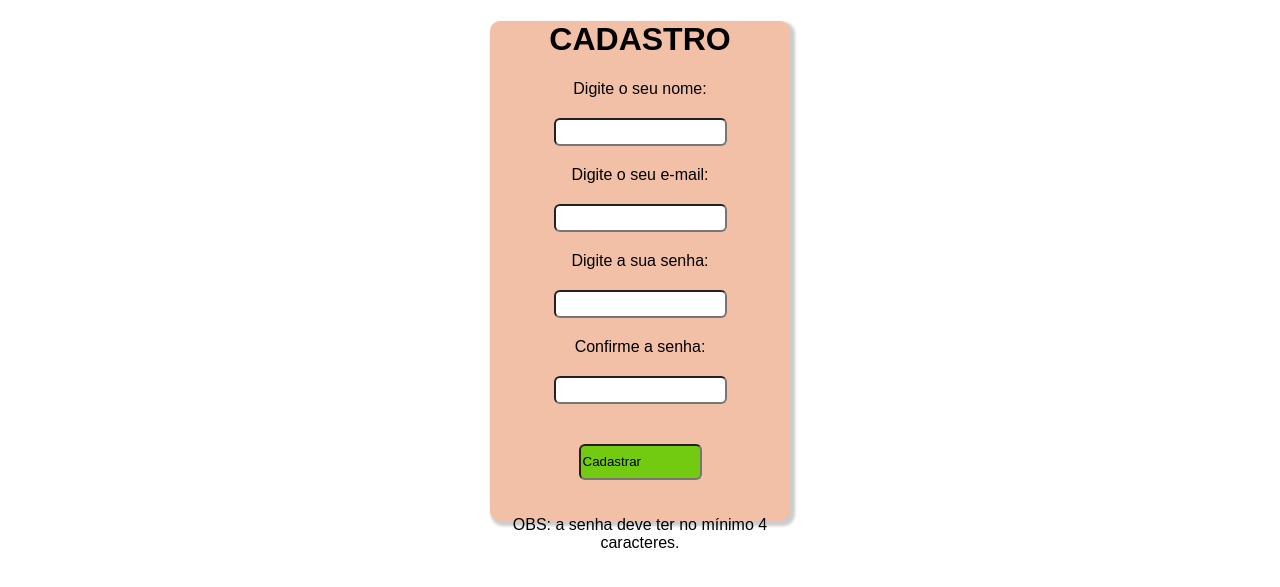
Repository: leviviana21/Java-web-login
Page: http://localhost/conexao_bd/dashboard.jsp
The author's editor kept a copy of each file at every save. The page is drawn from the files as they stood at one save, then again after the next save.
The browser window is 1280 px wide. The pictures show the whole page.
The page is served by Tomcat 9. Other server files are loaded and not shown.

Above is the page before, as saved 2025-06-20 16:59:28.

### conexao_bd/src/main/webapp/dashboard.jsp
<%@ page language="java" contentType="text/html; charset=UTF-8"
    pageEncoding="UTF-8"%>
<!DOCTYPE html>
<html>
<head>
<meta charset="UTF-8">
<title>Insert title here</title>
<link rel="stylesheet" href="style.css">
</head>
<body>

<div class="container">
	<form action="cadastro" method="post">
        <h1>CADASTRO</h1>
        <label>Digite o seu nome: </label>
        <input type="email" name="txtNomeCadastro" class="emailsenha" >
        <br>
        <label>Digite o seu e-mail: </label>
        <input type="email" name="txtEmail" class="emailsenha" >
        <br>
        <label>Digite a sua senha: </label>
        <input type="password" name="txtSenha" class="emailsenha" >
        <br>
        <label>Confirme a senha: </label>
        <input type="password" name="confirmar_Senha" class="emailsenha" >
        <br>
        <input value="Cadastrar" name="cadastro" class="botao-login">
        <p>OBS: a senha deve ter no mínimo 4 caracteres.</p>
        <%
			if(request.getAttribute("error") != null){
		%>
		<p class="aviso-erro"><% out.print(request.getAttribute("msg").toString()); %></p>
		<%
			}
		%>
    </form>
</div>
</body>
</html>

### conexao_bd/src/main/webapp/style.css
@charset "UTF-8";

form {
	text-align: center;
	font-family: arial;
}
.emailsenha {
	margin: 20px;
    border-radius: 6px;
    width: 165px;
    height: 22px;
}
.container {
	text-align: center;
	background-color: #F2BFA7;
	border-radius: 10px;
	height: 500px;
	margin: auto;
	width: 300px;
	box-shadow: 3px 3px 3px 2px rgba(0.2, 0.2, 0.2, 0.2);
}

.botao-login {
	border-radius: 6px;
    width: 115px;
    height: 30px;
    margin: 20px;
    background-color: #72cb10;
}
.Mensagem-Sucesso {
	text-align: center;
	font-family: arial;
}
.aviso-erro {
	color: red;
	font-weight: bold;
}

After the next save:
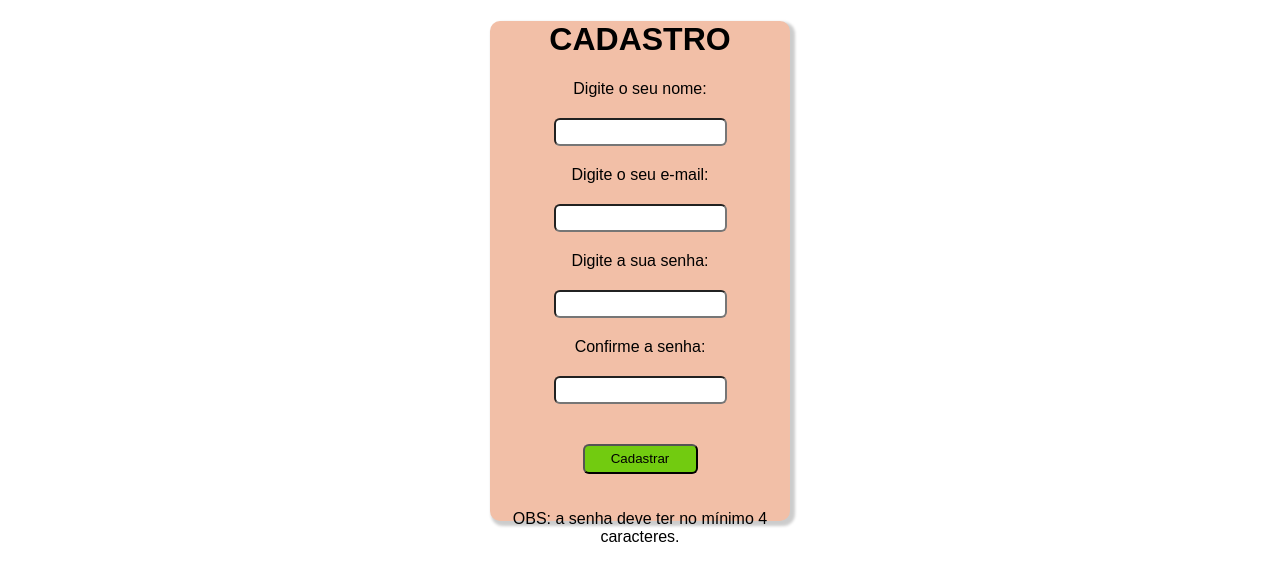
Saved 26 s later.
--- a/conexao_bd/src/main/webapp/dashboard.jsp
+++ b/conexao_bd/src/main/webapp/dashboard.jsp
@@ -24,7 +24,7 @@
         <label>Confirme a senha: </label>
         <input type="password" name="confirmar_Senha" class="emailsenha" >
         <br>
-        <input value="Cadastrar" name="cadastro" class="botao-login">
+        <input type="submit" value="Cadastrar" name="cadastro" class="botao-login">
         <p>OBS: a senha deve ter no mínimo 4 caracteres.</p>
         <%
 			if(request.getAttribute("error") != null){
